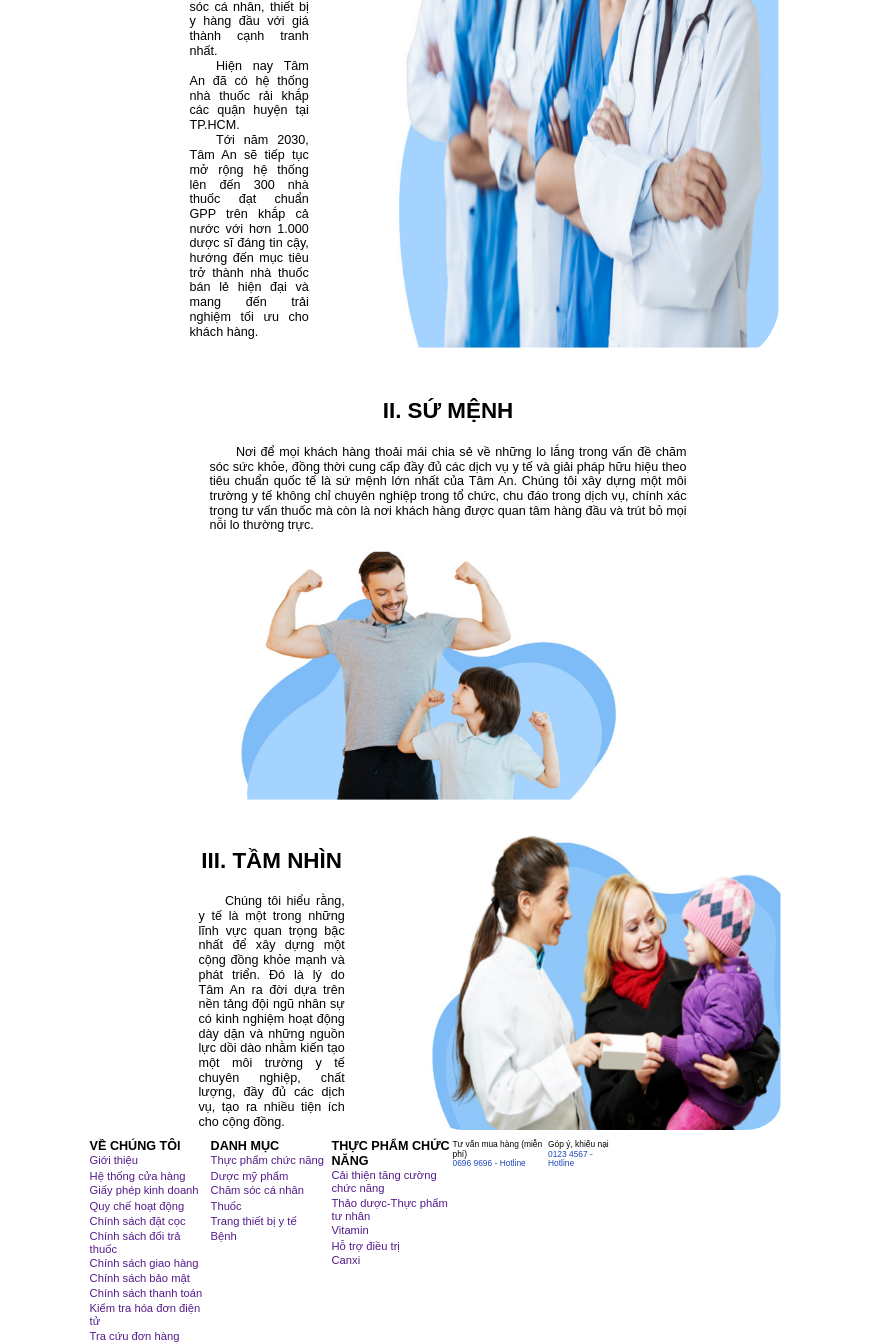
Repository: ViralAIWorks/TamAnPharmacy.github.io
Page: pages/thongtin.html
These files come from the project's save history. The page is drawn as it stood at one moment and after the next save; the edit follows.
The browser window is 1280 px wide. The pictures show the part of the page from y = 995 to 2915 px (the page is 2915 px tall), at 70% of full size.
Some web fonts or font styles are not loaded; a fallback is used.

Above is the page before, as saved 2022-03-14 00:48:52.

### pages/thongtin.html
<!DOCTYPE html>

<html lang="en">

<head>
    <meta charset="utf-8" />
    <meta http-equiv="X-UA-Compatible" content="IE-edge" />
    <meta name="viewport" content="width=devive-width, initial-scale=1.0" />
    <title>Thông tin nhà thuốc</title>
    <link href="images/logo/Tâm An Pharmacy.png" rel="icon" />
    <!--CSS cho icon va framework-->
    <link rel="stylesheet" href="https://cdnjs.cloudflare.com/ajax/libs/font-awesome/5.15.4/css/all.min.css" />
    <!--Custom css-->
    <link href="style/style_cactrang.css" rel="stylesheet" />
    <!--Css cho mobile-->
    <link rel="stylesheet" href="https://unpkg.com/swiper@7/swiper-bundle.min.css" />
</head>

<body>
    <!--Tạo header-->
    <header class="header">
        <a href="/index.html">

            <img src="images/logo/logo2.png" class="logo" width="200" height="200" alt="tamanlogo" />
        </a>
        <!--tao thanh navbar-->
        <nav class="navbar">
            <a href="thuoc.html">THUỐC</a>
            <a href="thietbiyte.html">THIẾT BỊ Y TẾ</a>
            <a href="chamsoccanhan.html">CHĂM SÓC CÁ NHÂN</a>
            <a href="suckhoe.html">SỨC KHỎE</a>
            <a href="thongtin.html">THÔNG TIN</a>
        </nav>
        <!--tao thanh tim kiem, gio hang va nutlogin-->
        <div class="icons">
            <div class="fas fa-search" id="search-btn"></div>
            <div class="fas fa-shopping-cart" id="cart-btn"></div>
            <div class="fas fa-user" id="login-btn"></div>
        </div>

        <!--Tao form tim kiem-->
        <form action="" class="search-form">
            <input type="search" id="search-box" placeholder="Tìm kiếm tại đây..." />
            <label for="search-box" class="fas fa-search"></label>
        </form>
    </header>

    <!-- bodythongtin -->
    <main class="pagethongtin">
        <img src="images/aboutus.jpg" id="aboutus-picture">
        <br>
        <div class="content">
            <!-- Về chúng tôi -->
            <div class="infomation">
                <div class="flex-info">
                    <div>
                        <h3 class="titleSize">I. VỀ CHÚNG TÔI</h3>
                        <p class="align-p"> Được thành lập vào năm 2021, Nhà thuốc Tâm an là một trong những startup dược phẩm triển vọng nhất tại Việt Nam. Đến nay Tâm An sở hữu mang lưới hơn 10 nhà thuốc đạt chuẩn GPP trên toàn quốc, cùng đội ngũ hơn 50 dược sĩ đáng tin
                            cậy, cung cấp các sản phẩm thuốc, chăm sóc cá nhân, thiết bị y hàng đầu với giá thành cạnh tranh nhất.
                            <p class="align-p"> Hiện nay Tâm An đã có hệ thống nhà thuốc rải khắp các quận huyện tại TP.HCM.</p>
                            <p class="align-p"> Tới năm 2030, Tâm An sẽ tiếp tục mở rộng hệ thống lên đến 300 nhà thuốc đạt chuẩn GPP trên khắp cả nước với hơn 1.000 dược sĩ đáng tin cậy, hướng đến mục tiêu trở thành nhà thuốc bán lẻ hiện đại và mang đến trải nghiệm tối
                                ưu cho khách hàng.</p>
                        </p>
                    </div>
                    <img src="images/4NewInfo/2.png" class="img25-position">
                </div>
            </div>
            <br>
            <!-- Sứ mệnh -->
            <div class="destiny">
                <div class="grid-des">
                    <div id="margin-des">
                        <h3 class="titleSize">II. SỨ MỆNH</h3>
                        <p>Nơi để mọi khách hàng thoải mái chia sẻ về những lo lắng trong vấn đề chăm sóc sức khỏe, đồng thời cung cấp đầy đủ các dịch vụ y tế và giải pháp hữu hiệu theo tiêu chuẩn quốc tế là sứ mệnh lớn nhất của Tâm An. Chúng tôi xây dựng
                            một môi trường y tế không chỉ chuyên nghiệp trong tổ chức, chu đáo trong dịch vụ, chính xác trong tư vấn thuốc mà còn là nơi khách hàng được quan tâm hàng đầu và trút bỏ mọi nỗi lo thường trực.</p>
                        <img src="images/4NewInfo/3.png" id="img3-position">
                    </div>
                </div>
            </div>
            <br>
            <!-- Tầm nhìn -->
            <div class="vision">
                <div class="flex-vision">
                    <div>
                        <h3 class="titleSize">III. TẦM NHÌN</h3>
                        <p class="align-p">Chúng tôi hiểu rằng, y tế là một trong những lĩnh vực quan trọng bậc nhất để xây dựng một cộng đồng khỏe mạnh và phát triển. Đó là lý do Tâm An ra đời dựa trên nền tảng đội ngũ nhân sự có kinh nghiệm hoạt động dày dặn và những
                            nguồn lực dồi dào nhằm kiến tạo một môi trường y tế chuyên nghiệp, chất lượng, đầy đủ các dịch vụ, tạo ra nhiều tiện ích cho cộng đồng.</p>
                    </div>
                    <img src="images/4NewInfo/5.png" class="img25-position">
                </div>
            </div>
        </div>
    </main>
</body>
<footer>
    <div class="list">
        <div class="footer-menu">
            <h2>VỀ CHÚNG TÔI</h2>
            <div class="ft-list">
                <a href=""> Giới thiệu </a>
                <a href=""> Hệ thống cửa hàng </a>
                <a href=""> Giấy phép kinh doanh </a>
                <a href=""> Quy chế hoạt động </a>
                <a href=""> Chính sách đặt cọc </a>
                <a href=""> Chính sách đổi trả thuốc </a>
                <a href=""> Chính sách giao hàng </a>
                <a href=""> Chính sách bảo mật </a>
                <a href=""> Chính sách thanh toán </a>
                <a href=""> Kiểm tra hóa đơn điện tử </a>
                <a href=""> Tra cứu đơn hàng </a>
            </div>
        </div>
        <div class="footer-menu">
            <h2>DANH MỤC</h2>
            <div class="ft-list">
                <a href=""> Thực phẩm chức năng </a>
                <a href=""> Dược mỹ phẩm </a>
                <a href=""> Chăm sóc cá nhân </a>
                <a href=""> Thuốc </a>
                <a href=""> Trang thiết bị y tế </a>
                <a href=""> Bệnh </a>
            </div>
        </div>
        <div class="footer-menu">
            <h2>THỰC PHẨM CHỨC NĂNG</h2>
            <div class="ft-list">
                <a href="">Cải thiện tăng cường chức năng</a>
                <a href=""> Thảo dược-Thực phẩm tư nhân </a>
                <a href=""> Vitamin </a>
                <a href=""> Hỗ trợ điều trị </a>
                <a href=""> Canxi </a>
            </div>
        </div>
        <div class="footer-contact_width">
            <div class="ft-contact">
                <div>
                    <p class="ft-service">Tư vấn mua hàng (miễn phí)</p>
                    <a href="" class="phone">0696 9696 - Hotline</a>
                </div>
                <div>
                    <p class="ft-service">Góp ý, khiếu nại</p>
                    <a href="" class="phone">0123 4567 - Hotline</a>
                </div>

            </div>
        </div>
    </div>

</footer>

</html>

### pages/style/style_cactrang.css
@import url("https://fonts.googleapis.com/css2?family=Source+Sans+3:ital,wght@0,200;0,300;0,400;0,500;0,600;0,700;0,800;0,900;1,200;1,300;1,400;1,500;1,600;1,700;1,800;1,900&display=swap");
:root {
    --box-shadow: 0 0.5rem 1.5rem rgba(0, 0, 0, 0.1);
    --border: 0.2rem solid rgba(0, 0, 0, 0.1);
    --outline: 0.1rem solid rgba(0, 0, 0, 0.1);
    --outline-hover: 0.2rem solid var(--black);
}


/*css cho nen trang web*/

* {
    font-family: "Source Sans 3", sans-serif;
    padding: 0px;
    margin: 0px;
    box-sizing: border-box;
    outline: none;
    border: none;
    text-decoration: none;
    text-transform: None;
    transition: all 0.2s linear;
}

body {
    margin: 0;
}


/*html*/

html {
    font-size: 75%;
}


/*css cho header*/

.header {
    display: flex;
    justify-content: space-between;
    align-items: center;
    padding: 0px 5%;
    position: fixed;
    top: 0;
    left: 0;
    right: 0;
    background: white;
    z-index: 1000;
    box-shadow: var(--box-shadow);
    max-height: 100px;
}

.header .logo {
    cursor: pointer;
}

.header .navbar a {
    font-size: 16px;
    font-family: "Source Sans 3", sans-serif;
    color: #004aad;
    font-weight: 500;
    text-decoration: none;
    transition: all 0.3s ease 0s;
    display: inline-block;
    padding: 0px 10px;
}


/*hover: hieu ung khi di chuot toi vi tri*/

.header .navbar a:hover {
    color: aqua;
}

.header .icons div:hover {
    color: white;
}

.header .search-form label:hover {
    color: Highlight;
}

.header .icons div {
    height: 40px;
    width: 40px;
    line-height: 40px;
    border-radius: 5px;
    background: #b6cff9;
    color: var(--black);
    font-size: 20px;
    margin-left: 2px;
    cursor: pointer;
    text-align: center;
}


/*an icon tim kiem lon*/

#search-btn {
    display: none;
}

.header .search-form {
    position: sticky;
    overflow: hidden;
    border-radius: 10px;
    display: flex;
    box-shadow: var(--box-shadow);
    align-items: center;
    width: auto;
    height: 40px;
    border-style: solid;
    border-color: #004aad;
}

.header .search-form.active {
    right: 2rem;
    transition: 0.4s linear;
}

.header .search-form input {
    height: 100%;
    width: 100%;
    background: none;
    text-transform: none;
    font-size: 16px;
    color: var(--black);
    padding: 0px 10px;
}


/* icon kính lúp*/

.header .search-form label {
    font-size: 20px;
    padding-right: 10px;
    color: var(--black);
    cursor: pointer;
}


/*Picture*/

#aboutus-picture {
    position: center;
    width: 100%;
    height: 100%;
    display: block;
    padding-top: 2%;
}


/*Page Thong Tin*/

.pagethongtin {
    margin-top: 100px;
    margin-left: 5%;
    margin-right: 5%;
    font-family: "Source Sans 3", sans-serif;
    font-size: large;
}

main div h3 {
    text-align: center;
}

main div p {
    text-indent: 1cm;
    text-align: justify;
    margin: 1px 10%;
    padding-bottom: 0.5cm;
}

main {
    display: grid;
    grid-template-rows: auto;
}

.titleSize {
    font-size: xx-large;
    margin-bottom: 30px;
}

.flex-info,
.flex-vision {
    display: flex;
}

.content div {
    margin-top: 2%;
    padding: 0 50px;
}

.align-p {
    padding: 0 10%;
}

.grid-des {
    display: grid;
}

#img3-position {
    position: relative;
    left: 15%;
    width: auto;
    height: auto;
}

.img25-position {
    border-radius: 10%;
    width: auto;
}

.list {
    display: flex;
    margin-left: 10%;
    margin-top: 1%;
    text-align: left;
}

.footer-menu {
    width: 15%;
}

.footer-contact_width {
    width: 20%;
}

.ft-list {
    display: grid;
    font-size: medium;
}

.ft-list a {
    padding: 1% 0;
}

.ft-contact {
    display: flex;
}

.ft-contact div {}

.phone {
    color: #1d48ba;
    display: inline;
}

After the next save:
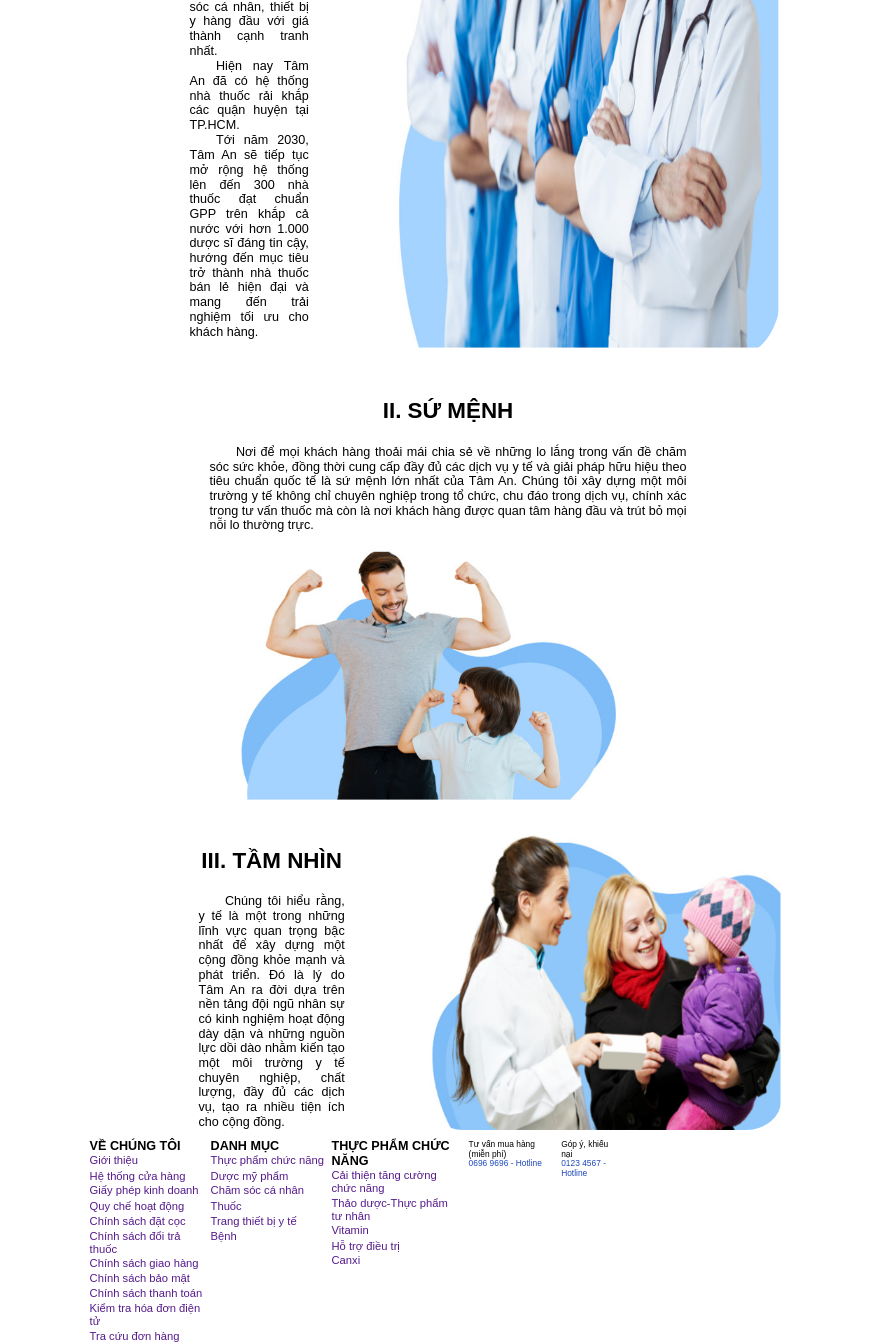
Saved 33 s later.
--- a/pages/style/style_cactrang.css
+++ b/pages/style/style_cactrang.css
@@ -239,7 +239,9 @@ main {
     display: flex;
 }
 
-.ft-contact div {}
+.ft-contact div {
+    padding-left: 10%;
+}
 
 .phone {
     color: #1d48ba;
